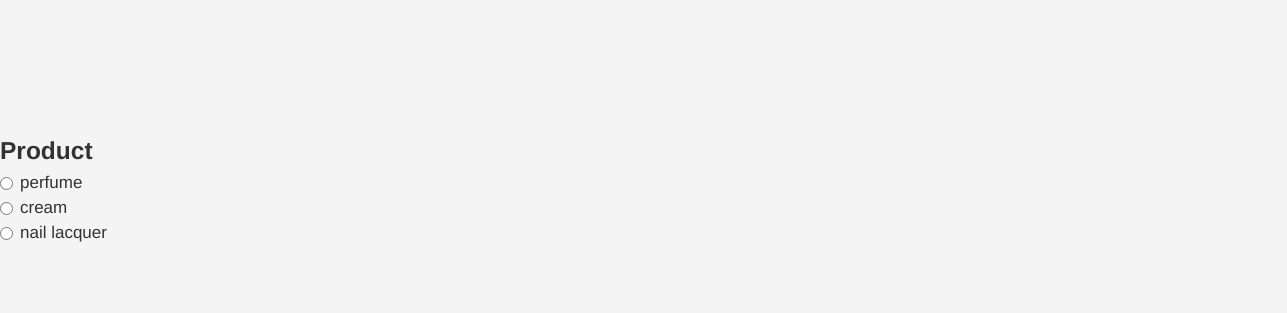
Repository: bubupower/rindus
Page: ProductPurchaseClient/WebContent/index.html
An editor plug-in stored every save of this project. The page is shown before and after the next save, followed by the edit.
The browser window is 1280 px wide. The page is 1287 px wide, so the pictures cover 1287 px, including what lies to the right of the window. The pictures show the whole page.

Above is the page before, as saved 2017-06-16 16:33:27.
Console error (its wording comes from the project's code and is left out).

After the next save:
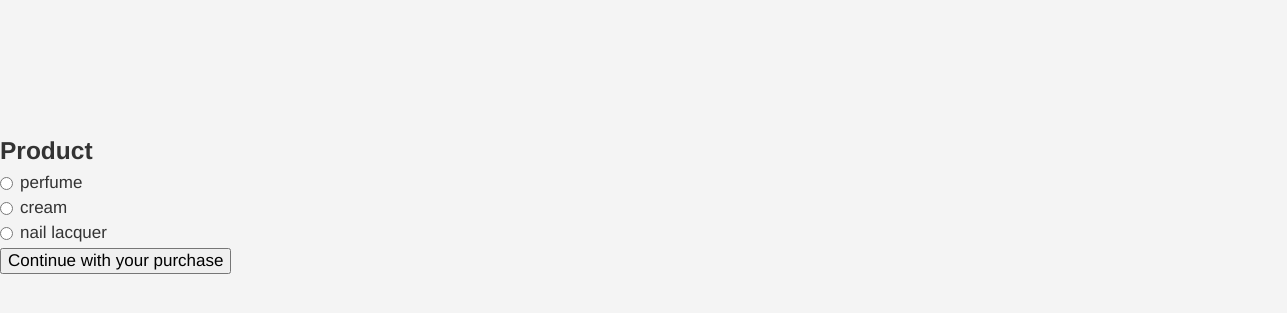
Saved 1 s later.
--- a/ProductPurchaseClient/WebContent/index.html
+++ b/ProductPurchaseClient/WebContent/index.html
@@ -31,6 +31,12 @@
 				            <label>
 				                <input type="radio" id = "3" name="optradio">nail lacquer</label>
 				        </div>
+				        <div class="control-group">
+            				<div class="controls center">
+            					<button type="submit" ng-click="crearNuevoUsuario()" >Continue with your purchase</button>
+<!--            					<a ng-click="crearNuevoUsuario()" class="btn btn-small">Registrarse</a> -->
+           					</div>
+           				</div>
 				    </div>
 				</div>
 
--- a/ProductPurchaseClient/WebContent/jsControladores/app.js
+++ b/ProductPurchaseClient/WebContent/jsControladores/app.js
@@ -3,19 +3,5 @@
 // Declare app level module which depends on filters, and services
 angular.module('purchase', ['purchase.services', 'purchase.directives', 'purchase.controlators']).
     config(['$routeProvider', function ($routeProvider) {
-//        $routeProvider.when('/registro-usuario', {templateUrl: 'vistas/registro-usuario.html', controller: 'CreacionUsuarioCtrl'});
-//        $routeProvider.when('/acceso', {templateUrl: 'vistas/acceso.html', controller: 'AccesoCtrl'});
-//        $routeProvider.when('/seleccion-operacion/:id', {templateUrl: 'vistas/seleccion-operacion.html', controller: 'SeleccionOperacionCtrl'});
-//        $routeProvider.when('/detalle-usuario/:id', {templateUrl: 'vistas/detalle-usuario.html', controller: 'DetalleUsuarioCtrl'});
-//        $routeProvider.when('/creacion-evento/:usuarioId', {templateUrl: 'vistas/creacion-evento.html', controller: 'CreacionEventoCtrl'});
-//        $routeProvider.when('/detalle-evento/:id', {templateUrl: 'vistas/detalle-evento.html', controller: 'DetalleEventoCtrl'});
-//        $routeProvider.when('/geoLocalizacion/:usuarioId', {templateUrl: 'vistas/geoLocalizacion.html', controller: 'GeoLocalizacionCtrl'});
-//        $routeProvider.when('/acerca-de', {templateUrl: 'vistas/acerca-de.html', controller: 'AcercaDeCtrl'});
-//        $routeProvider.when('/creacion-incidencia/:usuarioId', {templateUrl: 'vistas/creacion-incidencia.html', controller: 'IncidenciaCtrl'});
-//        $routeProvider.when('/restaurar-contrasena', {templateUrl: 'vistas/restaurar-contrasena.html', controller: 'ContrasenaCtrl'});
-//        $routeProvider.when('/listar-eventos-creados/:usuarioId', {templateUrl: 'vistas/listar-eventos-creados.html', controller: 'ListarEventoCtrl'});
-//        $routeProvider.when('/listar-eventos-participantes/:usuarioId', {templateUrl: 'vistas/listar-eventos-participantes.html', controller: 'ListarEventoParticipantesCtrl'});
-//        $routeProvider.when('/error', {templateUrl: 'vistas/error.html', controller: 'ErrorCtrl'});
-//        $routeProvider.otherwise({redirectTo: '/acceso'});
-
+    	$routeProvider.when('/index', {templateUrl: '/index.html', controller: 'PurchaseCtrl'});
     }]);
